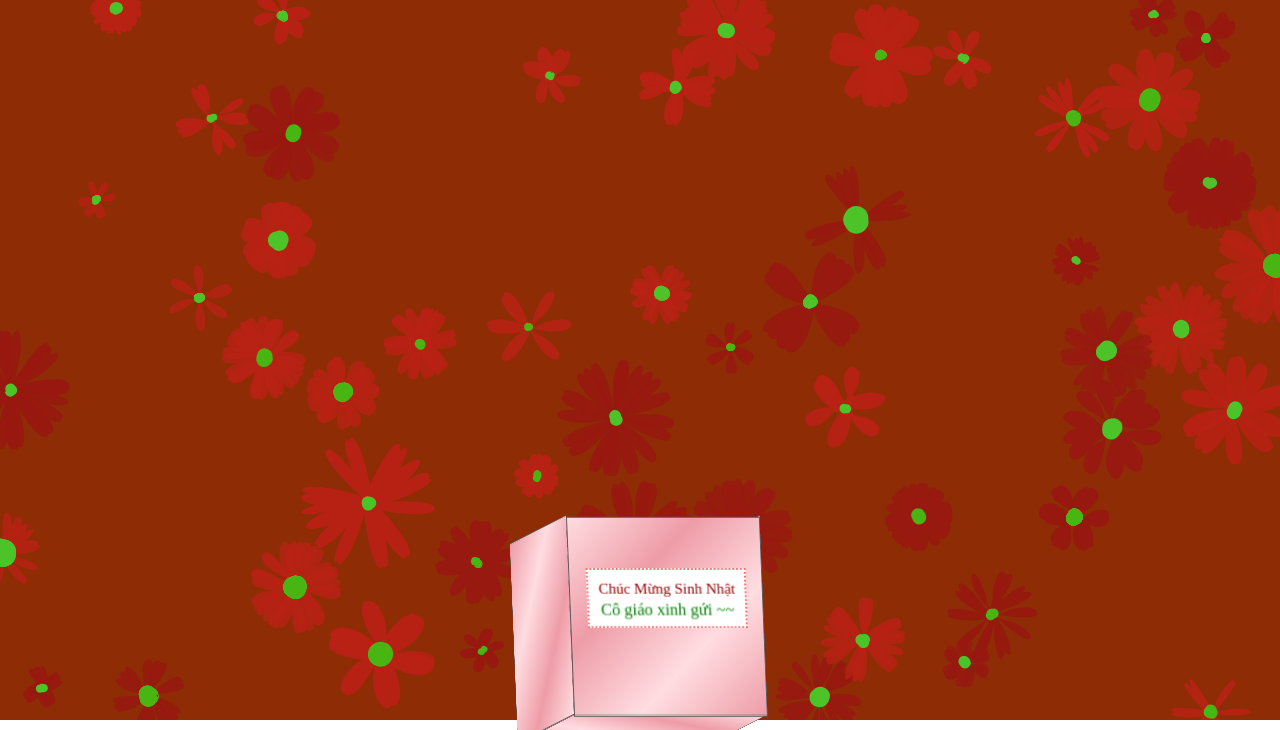
Repository: longhuu2204/click-me
Page: index.html
These files come from the project's save history. The page is drawn as it stood at one moment and after the next save; the edit follows.
The browser window is 1280 px wide. The pictures show the whole page.

Above is the page before, as saved 2023-03-10 23:40:44.

### index.html
<html lang="en">
  <head>
    <meta charset="UTF-8" />
    <meta http-equiv="X-UA-Compatible" content="IE=edge" />
    <meta name="viewport" content="width=device-width, initial-scale=1.0" />
    <title>Document</title>
    <link rel="stylesheet" href="canvas.css" />
    <link rel="stylesheet" href="present.css" />
    <link rel="stylesheet" href="card.css" />
    <link rel="stylesheet" href="index.css" />
    <script src="jquery.js"></script>
  </head>
  <body>
    <div class="parent">
      <canvas id="canvas"></canvas>
      <section class="above-fold">
        <div class="wrap-present">
          <div class="present-box" id="present">
            <div class="present">
              <div class="img-wrap" id="present-image"></div>
            </div>
            <div class="side front"></div>
            <div class="side back"></div>
            <div class="side left"></div>
            <div class="side right"></div>
            <div class="side top">
              <span class="to">
                <span class="name" id="nametag"> </span>
              </span>
            </div>
            <div class="side bottom"></div>
          </div>
        </div>
        <p class="info-text">Click to Open</p>
      </section>

      <div id="card">
        <h4 class="title-card">💘little coder💘</h4>

        <img src="Nga3.jpeg" class="honey" />

        <h4 class="content-card">
          Happy Birthday Make A Wish. Dear brother, hope you receive everything
          you wish for this year. You deserve the best! Thanks for being such a
          great brother.💘
        </h4>
      </div>
    </div>
    <audio autoplay loop id="playAudio">
      <source src="nhacnen.mp3" />
    </audio>
  </body>
  <script src="config.js"></script>
  <script src="canvas.js"></script>
  <script src="present.js"></script>
  <script></script>
</html>

### present.css
html,
body {
  margin: 0;
}

.above-fold {
  height: 100vh;
  width: 100vw;
  padding: 0;
  margin: 0;
  perspective: 800px;
  perspective-origin: 50% 200px;
  display: flex;
  flex-wrap: wrap;
  position: relative;
}
.above-fold .info-text {
  width: 100%;
  display: block;
  text-align: center;
  margin: 0;
  padding: 0;
  color: #555;
  font-family: "Avenir";
  font-weight: 100;
  font-size: 13px;
  height: 25px;
  align-self: flex-end;
}

.wrap-present {
  width: 100%;
  display: flex;
  align-self: flex-end;
  position: absolute;
  transform: translate(0, 10px);
}

.present-box {
  transform-style: preserve-3d;
  width: 200px;
  height: 200px;
  margin: auto;
  -webkit-animation: rotate 11s alternate linear infinite;
  animation: rotate 11s alternate linear infinite;
  cursor: pointer;
}
.present-box:hover {
  -webkit-animation: staticFront 700ms ease forwards;
  animation: staticFront 700ms ease forwards;
}
.present-box.open {
  /*&>.side.top{
        opacity: .2;
    }*/
  -webkit-animation: zoomIn 1s ease-in forwards;
  animation: zoomIn 1s ease-in forwards;
  transform: rotateX(-103deg) rotateY(-180deg);
  transition: transform 400ms;
}
.present-box.open .present {
  pointer-events: auto;
  visibility: visible;
}
.present-box.open .present .img-wrap {
  opacity: 1;
  transition: transform 600ms 800ms, opacity 800ms 200ms;
  transform: translateZ(0px);
}
.present-box.open > .side {
  opacity: 0.3;
  transition: opacity 500ms 600ms;
}
.present-box.open > .side.back {
  opacity: 0.7;
  transform: translateZ(-101px) rotateY(180deg);
}
.present-box.open > .side.front {
  transition: transform 800ms 0s, opacity 500ms 600ms, width 600ms 600ms;
  transform: translateZ(100px) rotateY(190deg) translateX(0px);
  transform-origin: 0% 0%;
  opacity: 0.3;
  width: 0;
}

.present-box .present {
  position: absolute;
  width: 200px;
  height: 200px;
  z-index: 50;
  transform: rotateY(-180deg) rotateX(180deg) translateZ(-100px);
  display: flex;
  perspective: 600px;
  pointer-events: none;
  visibility: hidden;
}
.present-box .present > .img-wrap {
  width: 200px;
  align-self: center;
  transition: transform 400ms;
  opacity: 0;
  transform: translateZ(-80px);
}
.present-box .present > .img-wrap a {
  transition: transform 300ms;
  position: relative;
  display: block;
  transform: scale(0.94);
}
.present-box .present > .img-wrap a:hover {
  transform: scale(1);
}
.present-box .present > .img-wrap img {
  max-width: 95%;
  height: 95%;
  margin-top: 0.5%;
  margin-left: 1.75%;
}

.present-box > .side {
  width: 200px;
  height: 200px;
  position: absolute;
  display: block;
  border: #555 solid 1px;
  background: repeating-linear-gradient(
    45deg,
    #ee9ca7,
    #ffdde1,
    #ee9ca7,
    #ffdde1
  );
  top: 0;
  left: 0;
  transition: transform 400ms;
}
.present-box > .side.back {
  transform: translateZ(-100px) rotateY(180deg);
}
.present-box > .side.right {
  transform: rotateY(-270deg) translateX(100px);
  transform-origin: top right;
}
.present-box > .side.left {
  transform: rotateY(270deg) translateX(-100px);
  transform-origin: center left;
}
.present-box > .side.top {
  transform: rotateX(-90deg) translateY(-100px);
  transform-origin: top center;
  transform-style: preserve-3d;
  perspective: 100px;
  text-align: center;
}
.present-box > .side.top .to {
  display: inline-block;
  font-family: cursive;
  position: relative;
  padding: 10px 10px 30px 10px;
  border: 5px dotted #ff6666;
  border-width: 2px;
  background: #fff;
  margin: auto;
  transform: translateZ(-2px) translateY(50px);
}
.present-box > .side.top .to:after {
  content: attr(data-before);
  display: inline-block;
  transform: rotateY(180deg);
  color: #990000;
}
.present-box > .side.top .to .name {
  display: block;
  position: absolute;
  transform: translateY(20px) rotateY(180deg) translateX(10px);
  text-align: center;
  width: 100%;
  font-size: 1.1rem;
  color: green;
}
.present-box > .side.bottom {
  transform: rotateX(90deg) translateY(100px);
  transform-origin: bottom center;
}
.present-box > .side.front {
  transform: translateZ(100px);
}

@-webkit-keyframes rotate {
  100% {
    transform: rotateY(-360deg) rotateX(180deg);
  }
}

@keyframes rotate {
  100% {
    transform: rotateY(-360deg) rotateX(180deg);
  }
}
@-webkit-keyframes staticFront {
  100% {
    transform: rotateX(-100deg) rotateY(-180deg);
  }
}
@keyframes staticFront {
  100% {
    transform: rotateX(-100deg) rotateY(-180deg);
  }
}
@-webkit-keyframes zoomIn {
  50% {
    transform: rotateX(-143deg) rotateY(-180deg) translateZ(-15px);
  }
  100% {
    transform: rotateX(-167deg) rotateY(-180deg) translateZ(-15px) scale(1.2);
  }
}
@keyframes zoomIn {
  50% {
    transform: rotateX(-143deg) rotateY(-180deg) translateZ(-15px);
  }
  100% {
    transform: rotateX(-167deg) rotateY(-180deg) translateZ(-15px) scale(1.2);
  }
}

### card.css
#card {
  margin: 4%;
  position: absolute;
  height: auto;
  width: 350px;
  border-radius: 10px;
  background-color: white;
  background-image: url("https://image.freepik.com/free-vector/open-gift-box-with-heart-shape-confetti-burst-explosion-3d-valentines-day-romantic-gift_165143-438.jpg");
  background-size: 50vh, 70vh;
  box-shadow: 0px 0px 20px red;
  transform: rotate(5deg);
  top: 0px;
  opacity: 0;
  left: -200%;
}

.honey {
  margin: auto;
  padding: 5%;
  display: block;
  border-radius: 50%;
  box-shadow: 0 4px 8px 0 red;
  width: 100px;
  height: 100px;
  object-fit: cover;
}

h4 {
  text-align: center;
  -webkit-text-fill-color: rgba(0, 200, 200, 0.1);
  -webkit-background-clip: text;
  background-image: url("https://i.pinimg.com/originals/20/21/7f/20217f7fa2c9701b8128d8fb153a4db9.gif");
  font-family: "Allura", cursive;
  padding: -2%;
  font-size: 19px;
  overflow: hidden;
}

.card-show {
  opacity: 1 !important;
  left: 0 !important;
  transition: all 3s;
}

### config.js
const nameGirl = 'Cô giáo xinh gứi ~~';
const giftUrl = '';
const eventName = 'Chúc Mừng Sinh Nhật';
const titleCard = 'Tặng bạn Nga';
const contentCard = 'Chúc Nga sinh nhật tràn ngập niềm vui và những nụ cười. Mong mọi điều đẹp nhất sẽ đến với Nga trong hôm nay và cả mãi về sau ~~';

// phần dưới dành cho các bạn biết code, nếu muốn chỉnh ảnh đơn giản với base64
// Cần hỗ trợ hãy liên hệ:
// Mr-Nam http://facebook.com/nam.nodemy
// Các bạn muốn học lập trình thì tham gia Nhóm zalo tự học lập trình nhé: https://zalo.me/g/yhdkef092
const giftImage = 'Nga4.jpg';
const base64 = '';
const giftImageBase64 = "data:[embedded picture, 23 characters]" + base64;

### canvas.js
(function () {

    function playMusic(){
      var myAudio = document.getElementById('playAudio');
      if (myAudio.duration > 0 && !myAudio.paused) {
          //Its playing...do your job

      } else {
        myAudio.play()
        //Not playing...maybe paused, stopped or never played.

      }
    }

    //fields
    var canvas = document.getElementById("canvas");
    var body = document.getElementsByTagName("body")[0];
    var positions = []
    var ctx = canvas.getContext("2d");
    const MINPETAL = 5
    const MAXPETAL = 13
    var pistilC, petalC, pistilC2, petalC2

    /*Initialize flowers*/
    body.addEventListener("click",function(ev){
      drawFlowers()
      playMusic()
    })
    window.onload = drawFlowers
    window.onresize = drawFlowers


    /*Flower flunctions*/
    function drawFlowers() {
      scaleCanvas()
      //background color
      ctx.clearRect(0, 0, canvas.width, canvas.height)
      positions = []
      body.style.filter = chance(.12)?`grayscale(${getRandomInt(0,80)}%)`:""
      let mode = pick(["daisies", "multi", "quad", "roses", "crosshatch", "blueYellow", "greenRed"])
      let bg = new randomColor(minSat=50)
      if(mode=="daisies") bg.l = getRandomInt(0,50)
      canvas.style.backgroundColor = bg.hsl()

      //themes hsl=pistil color hsl2=petal color
      var colorz = {
      "daisies":{h2:12,s2:38,l2:97,h:45,s:92,l:52,vary:20,mix:false},
      "roses":{h:1,s:91,l:46,h2:1,s2:91,l2:30,vary:20,mix:true},
      "crosshatch":{h:1,s:91,l:46,vary:80,mix:true},/*only defines one varying pistil color*/
      "greenRed":{h:102,s:72,l:27,h2:348,s2:89,l2:42,vary:20,mix:false},
      "blueYellow":{h:45,s:99,l:50,h2:240,s2:67,l2:58,vary:10,mix:false},
      }
      //drawing options
      var opt = {
        mode:mode,
        spaceAround:chance(),
        allowLarge:chance(),
        padding:getRandomInt(1,4),
        innerDetails:chance(),
        petalIterations:4,
        minOpacity:getRandomFloat(.5,.9),
        invertColors: chance(.25)
      }

      //assign colors
      let colorOpt = colorz[mode]
      let colors =  getThemeColors(colorOpt) /*pistil color at index 0, petal color at index 1*/

      if(opt.invertColors){
        petalC = colors[0].hsl()
        pistilC = colors[1].hsl()
      } else {
        petalC = colors[1].hsl()
        pistilC = colors[0].hsl()
      }
      colors = getThemeColors(colorOpt)
      if(opt.invertColors){
        petalC2 = colors[0].hsl()
        pistilC2 = colors[1].hsl()
      } else {
        if(colorOpt&&colorOpt.mix){/*switching petals and pistil color*/
          petalC2 = colors[0].hsl()
          pistilC2 = colors[1].hsl()
        } else {
          petalC2 =colors[1].hsl()
          pistilC2 =colors[0].hsl()
        }
      }

      //draw the flowers
      let numFlower = mode=="multi"?getRandomInt(50,1000) : getRandomInt(40,250)
      for(let i=0; i<numFlower; i++){
        if(mode=="multi") {
          pistilC = new randomColor(minSat=50).hsl()
          petalC = new randomColor(minSat=50).hsl()
          pistilC2 = new randomColor(minSat=50).hsl()
          petalC2 = new randomColor(minSat=50).hsl()
        }
        drawFlower(opt)
      }
    }

    function drawFlower(opt) {

      let f = new Flower(opt);
      if(!f) return false;
      positions.push(new Point(f.x, f.y))
      ctx.save();
      ctx.globalAlpha = f.opacity
      ctx.lineWidth = f.lw;
      ctx.translate(f.x, f.y);
      ctx.rotate(f.rad);
      ctx.translate(-f.x, -f.y);

      ctx.fillStyle = chance()?petalC2:petalC
      ctx.strokeStyle = ctx.fillStyle

      //petals
      for (let i = 0; i < f.petals; i++) {
        ctx.translate(f.x, f.y);
        ctx.rotate((f.rotate * Math.PI) / 180);
        ctx.translate(-f.x, -f.y);
        ctx.beginPath();
        ctx.moveTo(f.x, f.y-f.shiftOut);

        for (let j = 0; j < opt.petalIterations; j++) {
          let sp1 = f.r*f.petalSpread1
          let len1 = f.r*f.petalLength1
          let sp2 = f.r*f.petalSpread2
          let len2 = f.r*f.petalLength2
          let endX = f.petalBase
          let endY = f.shiftOut
          ctx.translate(f.x, f.y);
          if(j%2==0){/*symmetric rotations for more symmetric petals, rando for some irregularity*/
             ctx.rotate((j*(360/opt.petalIterations) * Math.PI) / 180);
          } else {
             ctx.rotate((j*(getRandomInt(1,4)) * Math.PI) / 180);
          }

          ctx.translate(-f.x, -f.y);
          ctx.bezierCurveTo(f.x-sp1,/*control point #1 'upper left'*/
                            f.y-len1,
                            f.x+sp2,/*control point #2 'upper right'*/
                            f.y-len2,
                            f.x+endX,/*ending point*/
                            f.y-endY)
          if(opt.innerDetails) ctx.quadraticCurveTo(
                            f.x,/*control point*/
                            f.y+f.r,
                            f.x+getRandomInt(0,5),/*ending point*/
                            f.y)
        }

        ctx.fill();
        ctx.closePath();
        ctx.beginPath()

      }
      //pistil
       for (let j = 0; j < 3; j++) {
        ctx.arc(f.x+getRandomFloat(-2,2), f.y+getRandomFloat(-2,2), (f.r/f.centerDivisor), 0, 360)
       }

      ctx.strokeStyle = petalC;
      ctx.fillStyle = opt.mode!="crosshatch"&&opt.mode!="daisies" ? (chance()?pistilC2:pistilC) : pistilC;
      ctx.globalAlpha = 1;
      ctx.fill();
      ctx.restore();
    }

    function Flower(opt) {

      this.r = opt.allowLarge && chance(.05)? getRandomInt(50,150) : getRandomInt(20,50)
      this.x = getRandomInt(0, canvas.width)
      this.y = getRandomInt(0, canvas.height)

      if(opt.spaceAround&&positions.some(pos=>{
        let d =  distance(new Point(this.x,this.y), new Point(pos.x,pos.y))
        return d<this.r*opt.padding
      })) {
        return false;
      }

      this.lw = 4;
      this.angle = getRandomInt(0, 360)
      this.rad = (this.angle * Math.PI) / 180
      this.opacity = getRandomFloat(opt.minOpacity,1)
      this.petals = this.r <= 40 ? getRandomInt(3,9) : getRandomInt(MINPETAL,MAXPETAL)
      this.shiftOut = getRandomFloat(0,this.r/3)
      this.petalBase = getRandomInt(0,5);//getRandomInt(0,this.r<25?5:10)
      this.centerDivisor = getRandomFloat(3,9)
      this.petalSpread1 = getRandomFloat(.3,this.petals<=7?.7:.5)
      this.petalLength1 = getRandomFloat(.9,2)
      this.petalSpread2 = getRandomFloat(this.petalSpread1-.2,this.petalSpread1+.2);
      this.petalLength2 = getRandomFloat(.9,2)
      this.rotate = Math.floor(360/this.petals);
    }

    function getThemeColors(opt){
      let dPetal = new randomColor()
      let dPistil = new randomColor()
      if(!opt) return [dPistil, dPetal]
      if(opt.h) dPetal.h = opt.h + getRandomInt(-opt.vary,opt.vary)
      if(opt.s) dPetal.s = opt.s + getRandomInt(-opt.vary,opt.vary)
      if(opt.l) dPetal.l = opt.l + getRandomInt(-opt.vary,opt.vary)
      if(opt.h2) dPistil.h = opt.h2 + getRandomInt(-opt.vary,opt.vary)
      if(opt.s2) dPistil.s = opt.s2 + getRandomInt(-opt.vary,opt.vary)
      if(opt.l2) dPistil.l = opt.l2 + getRandomInt(-opt.vary,opt.vary)
      return [dPetal, dPistil]
    }


  /*utility*/
  function scaleCanvas(){
    var w = Math.max(document.documentElement.clientWidth, window.innerWidth);
    var h = Math.max(document.documentElement.clientHeight, window.innerHeight);
    console.log(`width:${w},height:${h}`)
    canvas.style.width = w + "px";
    canvas.style.height = h + "px";
    var scale = 1;//window.devicePixelRatio;

    canvas.width = Math.floor(w * scale);
    canvas.height = Math.floor(h * scale);
    ctx.scale(scale, scale);
  }
  function distance(p1, p2) {
    return Math.floor(Math.sqrt(Math.pow(p1.x-p2.x,2) + Math.pow(p1.y - p2.y,2)))
  }
  function randomColor(minSat = 0, maxSat=100, minBright=0, maxBright=100){
    this.h = getRandomInt(0,360)
    this.s = getRandomInt(minSat,maxSat)
    this.l = getRandomInt(minBright,maxBright)
    this.hsl = ()=>{return`hsl(${this.h},${this.s}%,${this.l}%)`};
  }
  function getRandomInt(min, max) {
    min = Math.ceil(min);
    max = Math.floor(max);
    return Math.floor(Math.random() * (max - min + 1)) + min;
  }
  function getRandomFloat(min, max) {
    return Math.random() * (max - min) + min;
  }
  function pick(arr) {
    return arr[Math.floor(Math.random() * arr.length)];
  }
  function chance(limit = 0.5) {
    return Math.random() < limit;
  }
  function Point(x,y) {
    this.x = x
    this.y = y
  }
  })("sweaverD.com");

### present.js

// Cần hỗ trợ hãy liên hệ:
// Mr-Nam http://facebook.com/nam.nodemy
// Các bạn muốn học lập trình thì tham gia Nhóm zalo tự học lập trình nhé: https://zalo.me/g/yhdkef092

var to = nameGirl;
var gift_url = giftUrl;
var gift_image_url = giftImage || giftImageBase64;

var nametag = document.getElementById("nametag");
var present = document.getElementById("present");
var presentImage = document.getElementById("present-image");

function init() {
  var graphElem = document.querySelector('.present-box > .side.top .to');
  graphElem.setAttribute('data-before', eventName);
  document.querySelector('#card .title-card').innerHTML = `💘${titleCard}💘`;
  document.querySelector('#card .content-card').innerHTML = `${contentCard}`;
  //document.querySelector('#card .honey').setAttribute('src', `${giftImage}`);

  var _giftLink,
      _giftImg;

  if (gift_url) {
    _giftLink = document.createElement("a");
    _giftLink.href = gift_url;
    _giftLink.target = "_blank";
    presentImage.appendChild(_giftLink);
  }

  if (gift_image_url) {
    _giftImg = document.createElement("img");
    _giftImg.src = gift_image_url;
    if(_giftLink) {
      _giftLink.appendChild(_giftImg);
    } else {
      presentImage.appendChild(_giftImg);
    }
  }

  present.addEventListener("click", function(e){
    present.classList.toggle("open");
    document.getElementById('card').classList.add('card-show');
  }, false);



  nametag.innerText = to;
}

init();

Loaded but not shown: canvas.css (common file); index.css (common file); jquery.js (library)

After the next save:
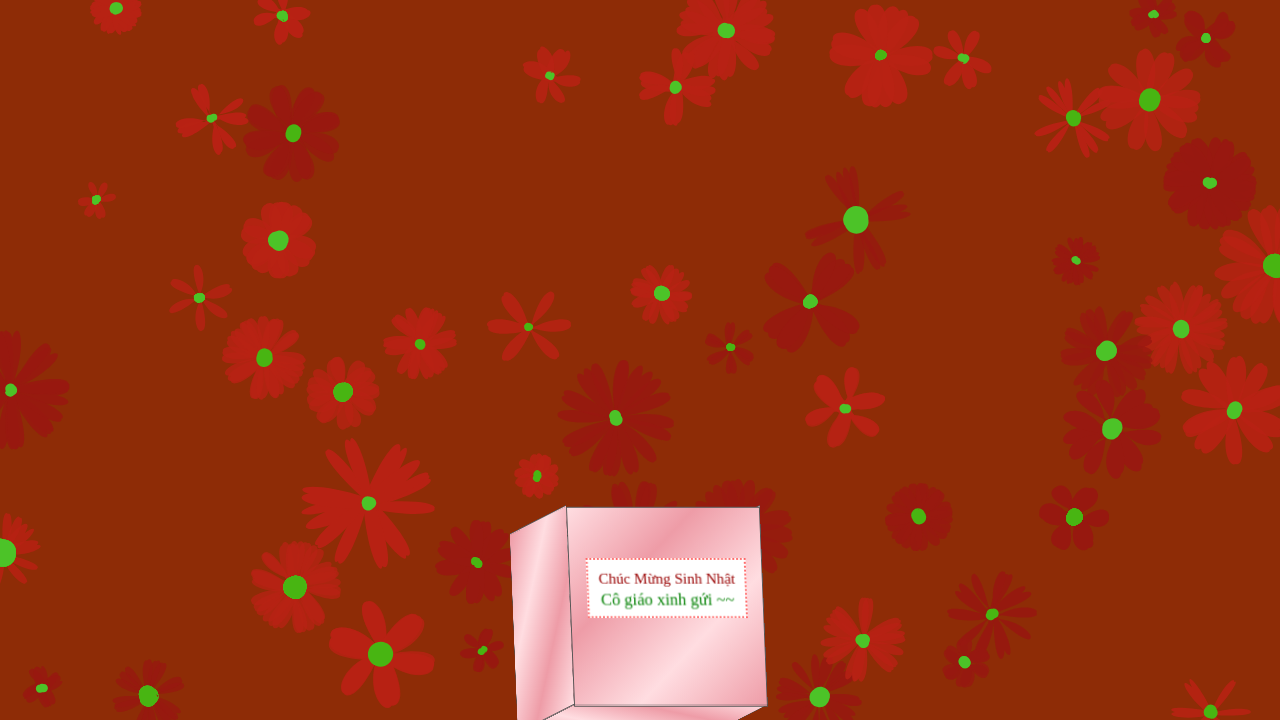
Saved 39 s later.
--- a/present.css
+++ b/present.css
@@ -33,7 +33,7 @@ body {
   display: flex;
   align-self: flex-end;
   position: absolute;
-  transform: translate(0, 10px);
+  /* transform: translate(0, 10px); */
 }
 
 .present-box {
